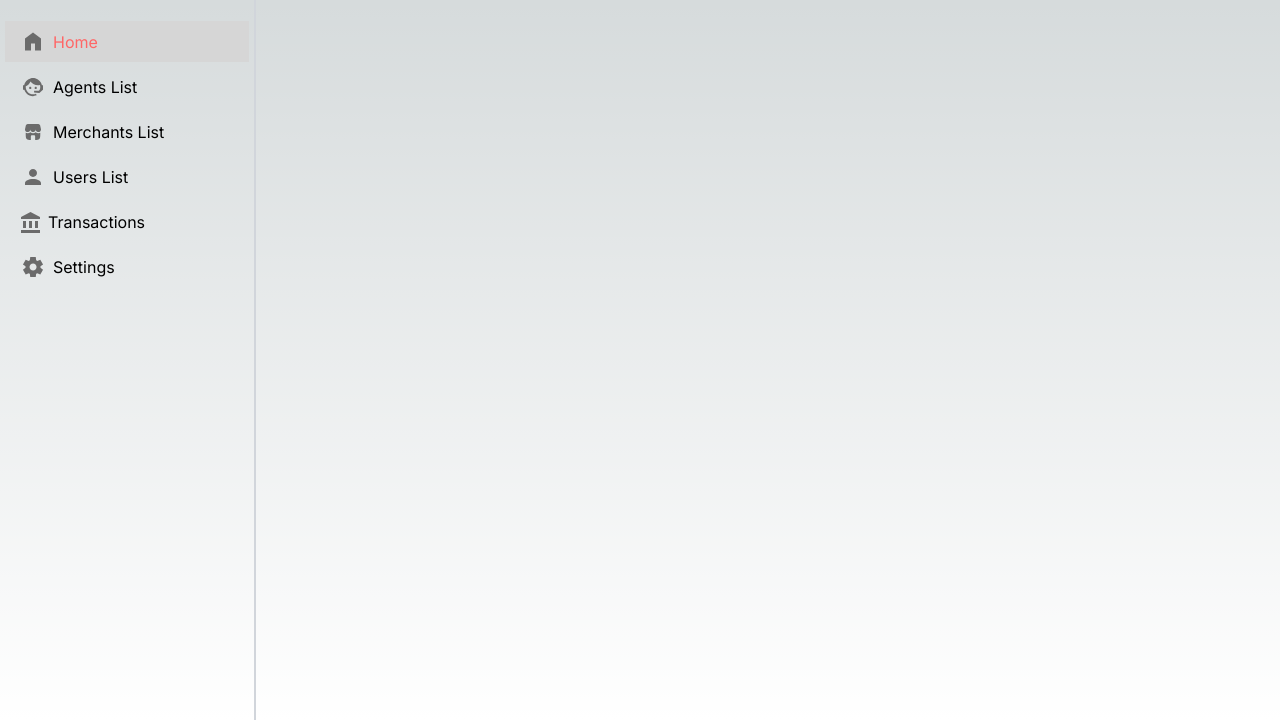
Repository: khairul35/merchant-dashboard
Page: /home
These files come from the project's save history. The page is drawn as it stood at one moment and after the next save; the edit follows.
The browser window is 1280 px wide. The pictures show the whole page.
The project was rebuilt for these pictures with package versions that can differ from the ones it lists, and the page was loaded fresh each time. The framework's server and built-in components were replaced by stand-ins that run in the browser. Also part of the build but not shown: next.config.js, app/components/layout/Header/index.module.css, app/components/layout/Header/index.component.tsx.

Above is the page before, as saved 2024-01-03 15:15:56.

After the next save:
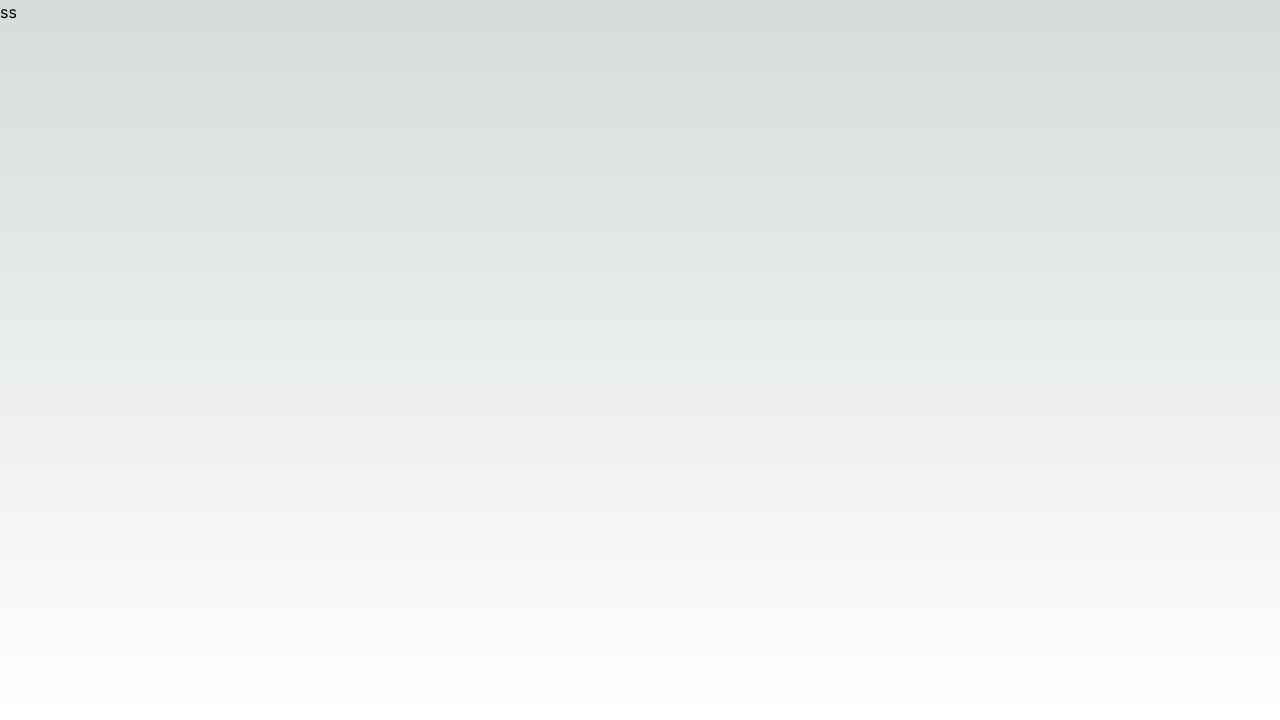
Saved 115 s later.
--- a/app/components/layout/Navigation/index.tsx
+++ b/app/components/layout/Navigation/index.tsx
@@ -19,9 +19,11 @@
         setCurrentPath,
     }
 
-    return (
-        <Component {...props} />
-    );
+    return window.localStorage.getItem('isLogin') == 'true' ?
+        (
+            <Component {...props} />
+        )
+        : (<></>)
 };
 
 export default Navigation;
